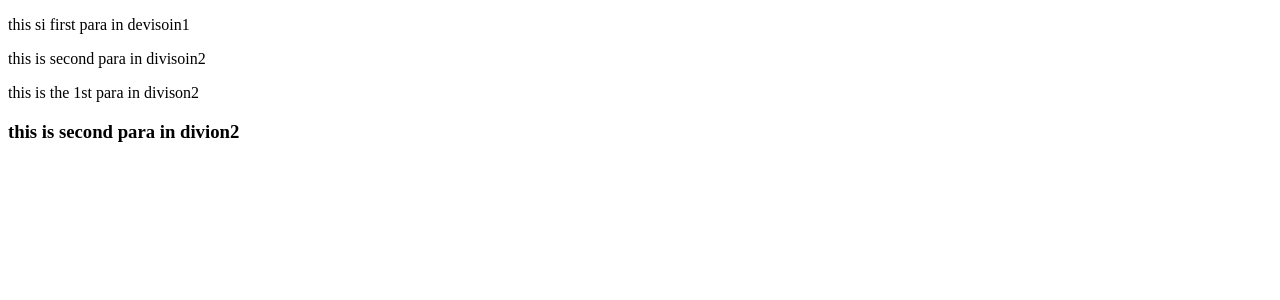
Repository: viveknaidu007/repo-115-JavaScript
Page: 22.html
These files come from the project's save history. The page is drawn as it stood at one moment and after the next save; the edit follows.
The browser window is 1280 px wide. The pictures show the whole page.

Above is the page before, as saved 2024-06-24 16:25:29.
Console error: ReferenceError: docuemnt is not defined

### 22.html
<!DOCTYPE html>
<html>
    <head>
        <meta charset="UTF-8">
        <meta http-equiv="X-UA-Compatible" content="IE=edge">
        <meta name="viewport" content="width=device-width, initial-scale=1.0">
        <title> Dom manipulation </title>
    </head>

    <body>
        <div id="first">
            <p> this si first para in devisoin1</p>
            <p> this is second para in divisoin2</p>
        </div>

        <div id="second">
            <p id="pfirst"> this is the 1st para in divison2</p>
            <h3 id="last"> this is second para in divion2</h3>
        </div>
    </body>

    <script>
        var n = document.createElement('p')
        n.innerText = "this is speacial paragrpah in divisoin"

        var parent = docuemnt.getElementById("second")
        var last = document.getElementById("pfirst")
        console.log(last)

        parent.removeChild(last)
    </script>

</html>

After the next save:
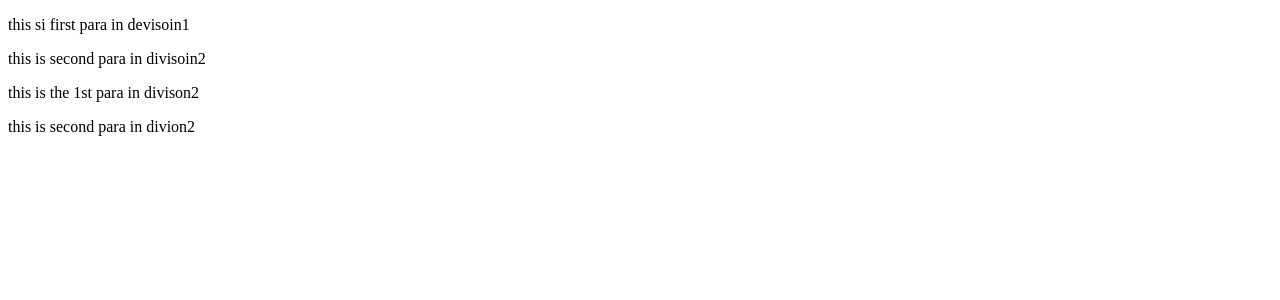
Saved 57 s later.
--- a/22.html
+++ b/22.html
@@ -15,7 +15,7 @@
 
         <div id="second">
             <p id="pfirst"> this is the 1st para in divison2</p>
-            <h3 id="last"> this is second para in divion2</h3>
+            <p id="last"> this is second para in divion2</p>
         </div>
     </body>
 
